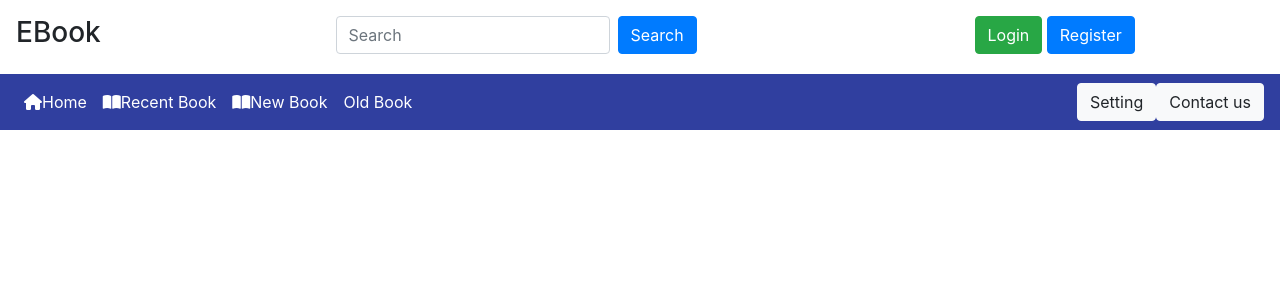
Repository: DaoThanhLam/eProjectKy4
Page: http://localhost/bookma_pro/
An editor plug-in stored every save of this project. The page is shown before and after the next save, followed by the edit.
The browser window is 1280 px wide. The pictures show the whole page.
Some web libraries are served in a nearby version. The page is served by Tomcat 9.

Above is the page before, as saved 2024-11-14 01:32:01.

After the next save:
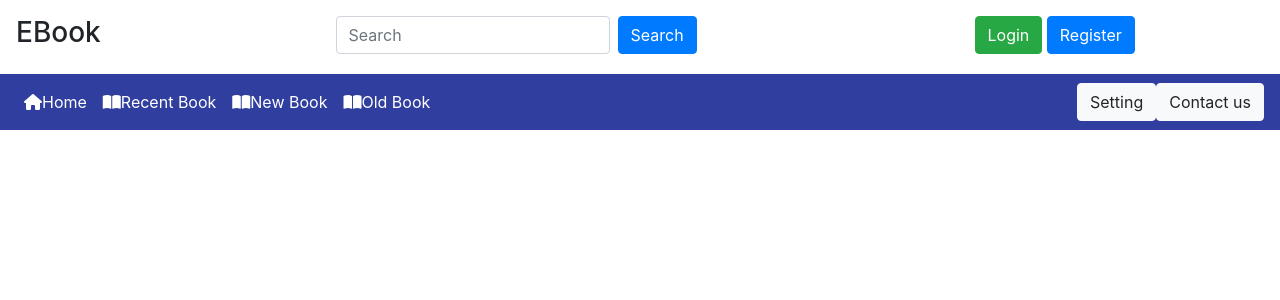
Saved 14 s later.
--- a/bookma_pro/src/main/webapp/components/navbar.jsp
+++ b/bookma_pro/src/main/webapp/components/navbar.jsp
@@ -38,7 +38,7 @@
       </li>
 
       <li class="nav-item active">
-        <a class="nav-link disabled" href="#" tabindex="-1" aria-disabled="true">Old Book</a>
+        <a class="nav-link disabled" href="#" tabindex="-1" aria-disabled="true"><i class="fas fa-book-open"></i>Old Book</a>
       </li>
     </ul>
     <form class="form-inline my-2 my-lg-0">
